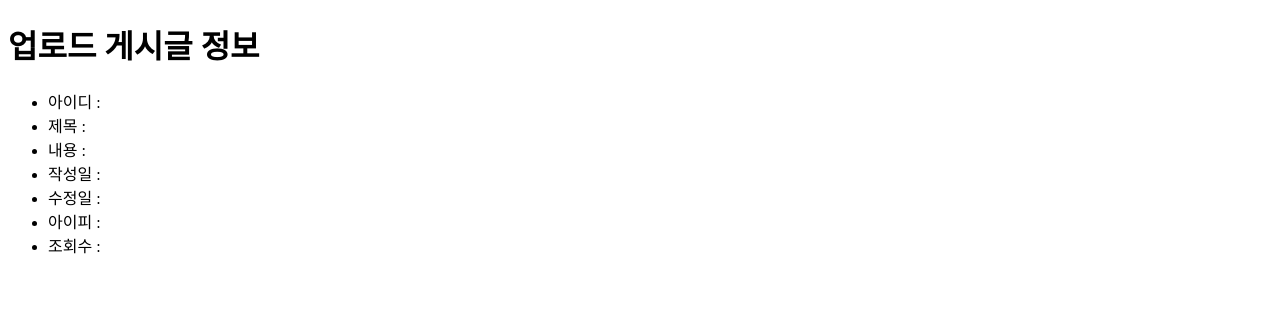
Repository: giljjong/Semi
Page: http://localhost/SemiProject/WEB-INF/views/upload/detail.jsp
An editor plug-in stored every save of this project. The page is shown before and after the next save, followed by the edit.
The browser window is 1280 px wide. The pictures show the whole page.
The page is served by Tomcat 9. Nobody is signed in. The template is opened directly, without the code that normally fills it, so the values that code supplies are empty.

Above is the page before, as saved 2022-11-23 10:38:45.

After the next save:
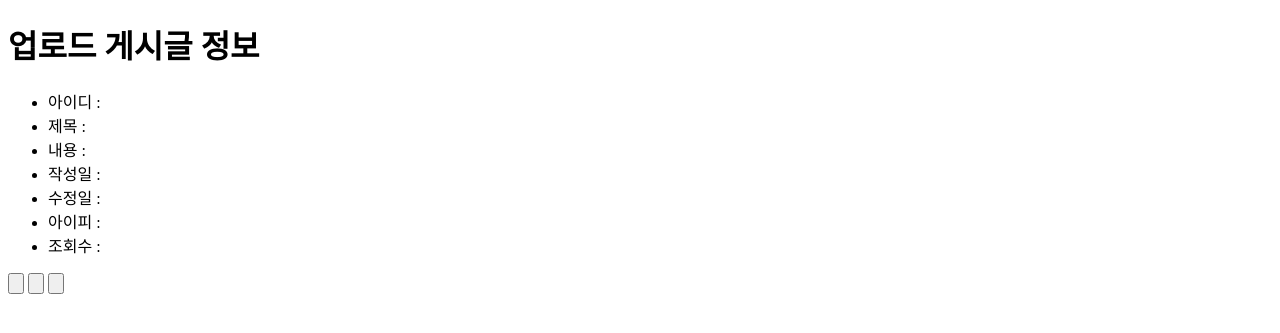
Saved 87 s later.
--- a/SemiProject/src/main/webapp/WEB-INF/views/upload/detail.jsp
+++ b/SemiProject/src/main/webapp/WEB-INF/views/upload/detail.jsp
@@ -25,6 +25,10 @@
 	<div>
 		<form id= "frm_upload" method= "post">
 			<input type="hidden" name="uploadBoardNo" value= "${upload.uploadBoardNo }">
+			<input type="button" name="게시글 편집" id="btn_upload_edit" >
+			<input type="button" name="게시글 삭제" id="btn_upload_remove"">
+			<input type="button" name="게시글 목록" id="btn_upload_list"">
+
 		</form>
 	</div>
 </body>
